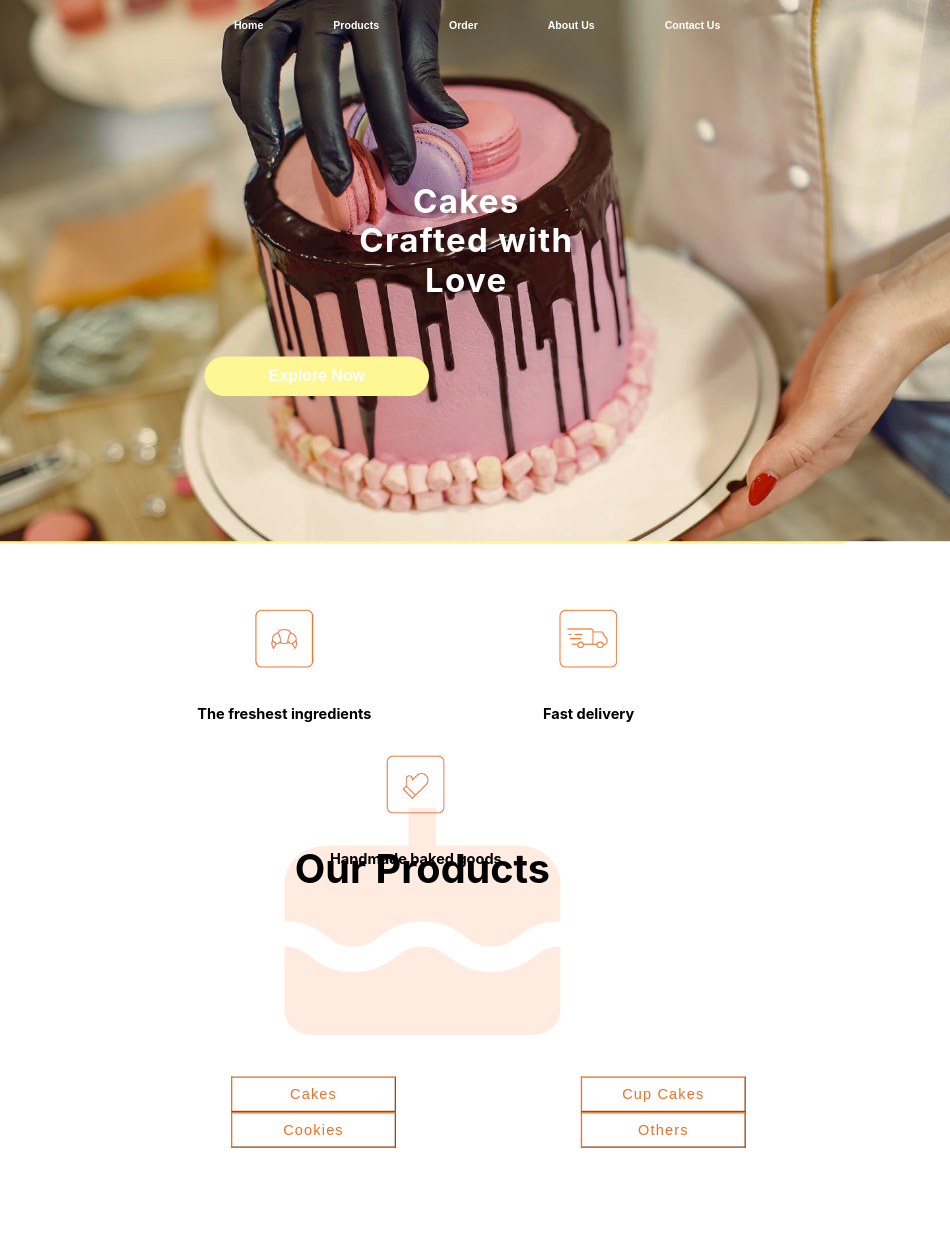
Repository: MEROO1010/cake-box
Page: /
An editor plug-in stored every save of this project. The page is shown before and after the next save, followed by the edit.
The browser window is 1280 px wide. The page is 1440 px wide, so the pictures cover 1440 px, including what lies to the right of the window. The pictures show the whole page, at 66% of full size.
The project was rebuilt for these pictures with package versions that can differ from the ones it lists, and the page was loaded fresh each time.

Above is the page before, as saved 2023-11-09 13:18:10.

### src/App.js
import './App.css';
import HomePage from './components/HomePage';
import Products from './components/Products';

function App() {
  return (
    <div className="App">
      <HomePage/>
      <Products/>
    </div>
  );
}

export default App;

### src/components/HomePage.jsx
import React from 'react';
import homePageImage from '../images/HomePage.png';
import logo from '../images/cake box.png'
import styled from 'styled-components';

const HomePage = () => {
  return (
    <Container>
      <IMAGE>
        <img src={homePageImage} alt='Home Page' />
      </IMAGE>

      {/*add the logo*/}
      <LOGO>
        <img src={logo} alt="logo design" />
      </LOGO>

      {/*Add the header*/}
      <ListWrapper>
      <ul>
        <ListItem>
          <ListLink href="#">Home</ListLink>
        </ListItem>
        <ListItem>
          <ListLink href="#">Products</ListLink>
        </ListItem>
        <ListItem>
          <ListLink href="#">Order</ListLink>
        </ListItem>
        <ListItem>
          <ListLink href="#">About Us</ListLink>
        </ListItem>
        <ListItem>
          <ListLink href="#">Contact Us</ListLink>
        </ListItem>
      </ul>
    </ListWrapper>


      {/*Add the h1*/}
      <MainTitle>
      <div>
        <h1>Cakes Crafted with Love</h1>
      </div>
      </MainTitle>

      {/*Add the Button*/}
      <ExploreNow>
        <button>Explore Now</button>
      </ExploreNow>
    </Container>
  );
};

export default HomePage;

const Container = styled.div`
`

const IMAGE = styled.div`
 max-width:100%;
 width: 100%;
 height: 100%;
 background-size: cover;
 background-position: center;
 background-repeat: no-repeat;
 background-color:#FEF794;
`

const LOGO = styled.div `
   position: absolute;
  top: 16px;
  right: 860px;
  padding-left:40px;
  width: 1015px;
  height: 519px;
  object-fit: cover;
`

const ListWrapper = styled.div`
  font-family: Arial, sans-serif;
  font-weight: bold;
  margin: 0;
  padding: 0;
  position: absolute;
  top: 0;
  left: 0;
  width: 100%;
`;

const ListItem = styled.li`
  list-style: none;
  display: inline-block;
  margin-right: 80px;
  padding-left:6px;
  top:14px;
  left:100px;
  position: relative;
`;

const ListLink = styled.a`
  text-decoration: none;
  color: #fff;
  padding: 5px 10px;


  &:hover {
    color: #FEF794;
  }
`;

const MainTitle = styled.div `
position: absolute;
  top: 240px;
  left: 533px;
  font-size: 25px;
  letter-spacing: 0.08em;
  font-weight: 800;
  color: #fff;
  display: inline-block;
  width: 347px;
  text-shadow: 9px 4px 4px rgba(0, 0, 0, 0.25);

`

const ExploreNow = styled.div`
  button{
    position: absolute;
    margin:500px 620px ;
    top:40px;
    right:10px;
    color:black;
    width:340px;
    height:60px;
    border-radius:40px;
    background-color:#FEF794;
    border:none;
    font-size:24px;
    font-weight:bold;
    color:white;
    cursor: pointer;
  }
`;

### src/components/Products.jsx
import React from 'react'
import styled from 'styled-components';
import CAKEVECTOR from '../images/cake_vector.png'
import CROISSANT from '../images/croissant.png'
import CAR from '../images/car.png'
import GLAVES from '../images/glaves.png'



const Products = () => {
  return (
    <Container>
      <CakeVector>
         <img src={CAKEVECTOR} alt=''/>
         <h1>Our Products</h1>
      </CakeVector>

      <FirstList>
        <ul>
            <li>
                <img src={CROISSANT} alt=''/>
                <h6>The freshest ingredients</h6>
            </li>

            <li>
                <img src={CAR} alt=''/>
                <h6>Fast delivery</h6>
            </li>

            <li>
                <img src={GLAVES} alt=''/>
                <h6>Handmade baked goods</h6>
            </li>
        </ul>
      </FirstList>

      <SecondList>
          <ul>
            <li><button>Cakes</button></li>
            <li><button>Cup Cakes</button></li>
            <li><button>Cookies</button></li>
            <li><button>Others</button></li>
          </ul>
      </SecondList>
    </Container>
  )
}

export default Products;


const Container = styled.div`
`

const CakeVector = styled.div`
  img{
    position: relative;
    top: 400px;
  }

  h1{
    position: relative;
    font-size:60px;
    top:68px;
  }

`

const FirstList = styled.div `
  li{
    position:relative;
    list-style: none;
  display: inline-block;
  margin-left:60px;
  padding-left:200px;
  right:160px;
  bottom:400px;
  }

  h6{
    font-size:22px;
  }
`

const SecondList =styled.div `
  li{
    position:relative;
    list-style: none;
  display: inline-block;
  margin-left:60px;
  padding-left:200px;
  right:160px;
  bottom:400px;
  }

  button{
    position: relative;
  top: 250px;
  left: 120px;
  font-size: 22px;
  letter-spacing: 0.08em;
  font-weight: 500;
  color: #F26E22;
  background-color: white;
  border-color:#F26E22;
  padding: 12px 28px;
  margin-right:20px ;
  width:250px;



  }
`

Loaded but not shown: public/index.html (common file); src/index.js (common file); src/index.css (common file); src/App.css (common file)

After the next save:
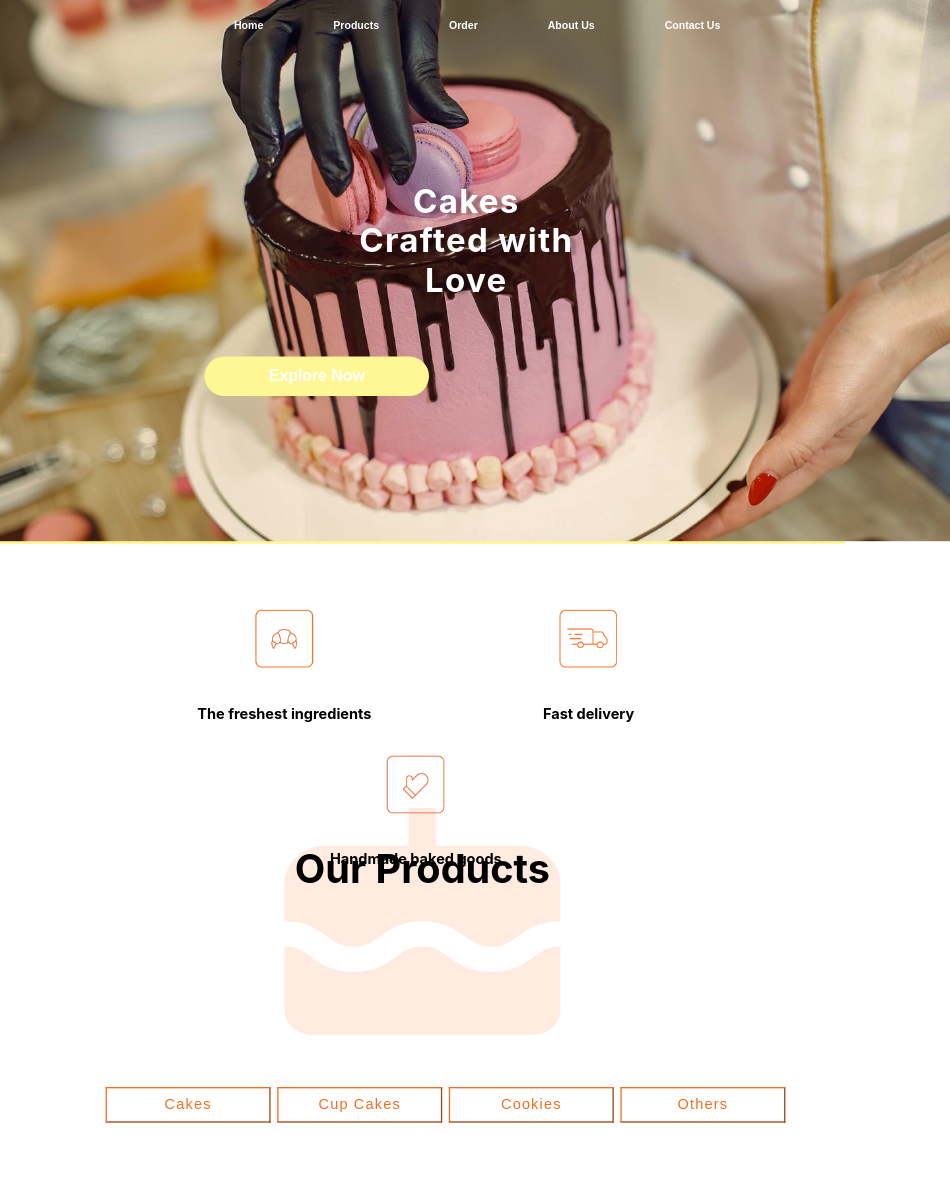
Saved 5 s later.
--- a/src/components/Products.jsx
+++ b/src/components/Products.jsx
@@ -94,7 +94,7 @@
   }
 
   button{
-    position: relative;
+    position: absolute;
   top: 250px;
   left: 120px;
   font-size: 22px;
@@ -104,7 +104,7 @@
   background-color: white;
   border-color:#F26E22;
   padding: 12px 28px;
-  margin-right:20px ;
+  margin-right:200px ;
   width:250px;
 
 
